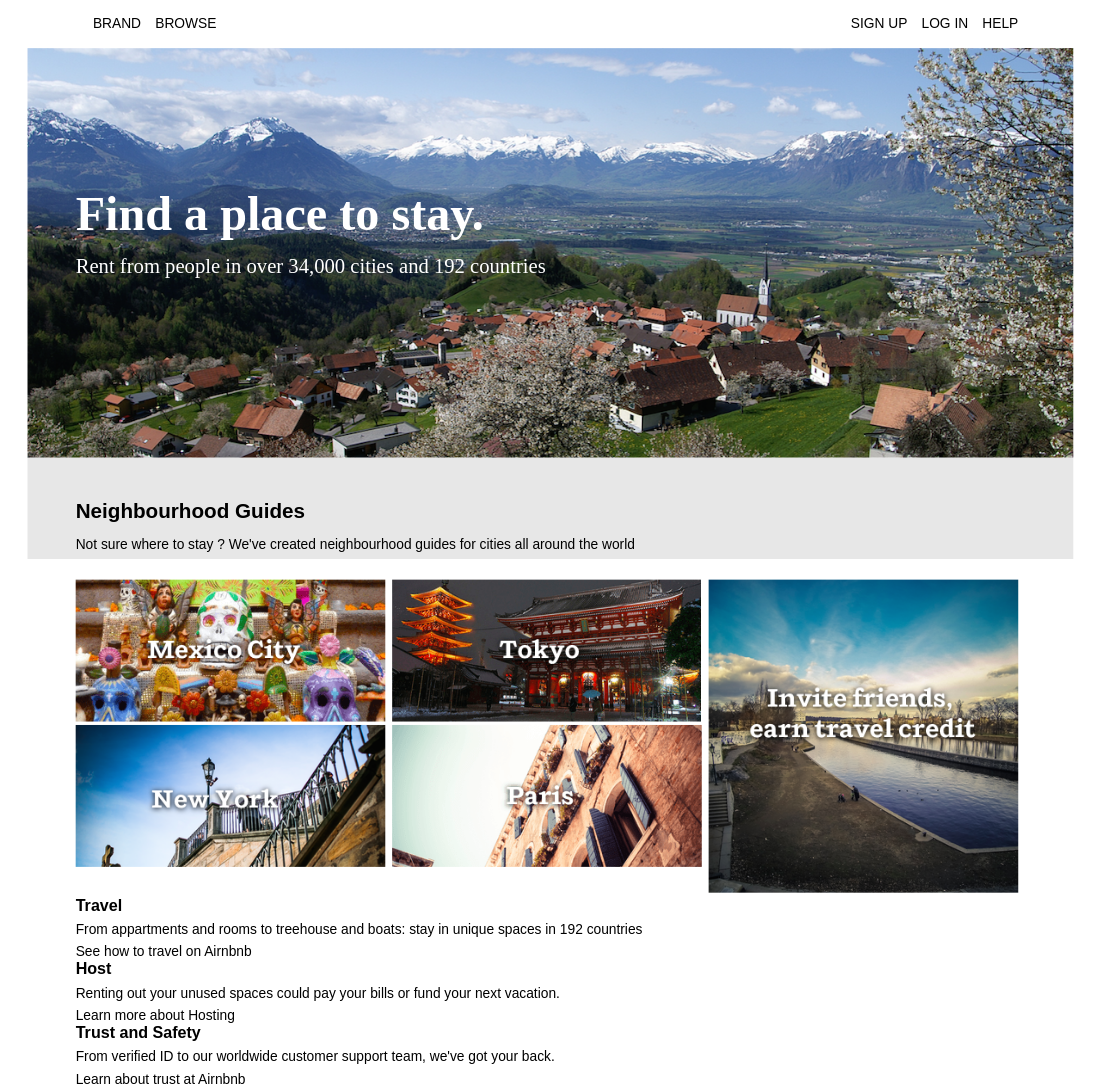
Repository: Naohonproject/web101x02_asm1
Page: Project2.html
An editor plug-in stored every save of this project. The page is shown before and after the next save, followed by the edit.
The browser window is 1280 px wide. The pictures show the whole page, at 86% of full size.

Above is the page before, as saved 2022-01-15 19:43:39.

### Project2.html
<!-- @format -->

<!DOCTYPE html>
<html lang="en">
	<head>
		<meta charset="UTF-8" />
		<meta http-equiv="X-UA-Compatible" content="IE=edge" />
		<meta name="viewport" content="width=device-width, initial-scale=1.0" />
		<link rel="stylesheet" href="./assets/css/style.css" />
		<link rel="stylesheet" href="./assets/css/responsive.css" />
		<title>Homepage</title>
	</head>
	<body>
		<div id="header">
			<div class="header-wrapper">
				<div class="nav-bar">
					<ul class="left-nav pull-left">
						<li>Brand</li>
						<li>Browse</li>
					</ul>
					<ul class="right-nav pull-right">
						<li><a href="Signup.html">Sign Up</a></li>
						<li><a href="login.html" target="_blank">Log In</a></li>
						<li>Help</li>
					</ul>
				</div>
			</div>
		</div>

		<div id="banner">
			<div class="banner-wrapper">
				<div class="banner-text-content">
					<div class="content-heading">
						<h1 class="white-text">Find a place to stay.</h1>
					</div>
					<div class="content-desc">
						<p class="white-text">
							Rent from people in over 34,000 cities and 192 countries
						</p>
					</div>
				</div>
			</div>
		</div>

		<div id="content">
			<div class="content-wrapper box-padding">
				<div class="content-heading">
					<h2>Neighbourhood Guides</h2>
					<p>
						Not sure where to stay ? We've created neighbourhood guides for
						cities all around the world
					</p>
				</div>
				<div class="content-images-table">
					<div class="pull-left col-third">
						<img
							src="./assets/img/web101x-Mexico City.png"
							alt="Mexico City"
							width="360"
						/>
						<img
							src="./assets/img/web101x-New York.png"
							alt="New York City"
							width="360"
						/>
					</div>
					<div class="pull-left col-third">
						<img
							src="./assets/img/web101x-Tokyo.png"
							alt="Tokyo City"
							width="360"
						/>
						<img
							src="./assets/img/web101x-Paris.png"
							alt="Paris City"
							width="360"
						/>
					</div>
					<div class="pull-left col-third">
						<img
							src="./assets/img/web101x-Invitation.png"
							alt="Invitation image"
							width="360"
						/>
					</div>
				</div>
			</div>
		</div>

		<div id="footer">
			<div class="footer-wrapper box-padding">
				<div class="footer-block">
					<h3>Travel</h3>
					<p>
						From appartments and rooms to treehouse and boats: stay in unique
						spaces in 192 countries
					</p>
					<a href="#">See how to travel on Airnbnb</a>
				</div>

				<div class="footer-blockr">
					<h3>Host</h3>
					<p>
						Renting out your unused spaces could pay your bills or fund your
						next vacation.
					</p>
					<a href="#">Learn more about Hosting</a>
				</div>

				<div class="footer-block">
					<h3>Trust and Safety</h3>
					<p>
						From verified ID to our worldwide customer support team, we've got
						your back.
					</p>
					<a href="#">Learn about trust at Airnbnb</a>
				</div>
			</div>
		</div>
	</body>
</html>

### assets/css/style.css
/** @format */

/* common */

/* reset css */
* {
	box-sizing: border-box;
	padding: 0;
	margin: 0;
	text-decoration: none;
	color: #000;
}

/* row style */
.row {
}
/* collumn style */
.col {
}

.col-haft {
}

.col-third {
	width: 33.3333%;
}

.align-center {
}
/* Set text lineweight to Bold */
.bold-text {
}
.white-text {
	color: #fff !important;
}
.btn-hover {
}

.pull-left {
	float: left !important;
}

.pull-right {
	float: right !important;
}

.box-padding {
	padding-left: 56px;
	padding-right: 56px;
	padding-top: 40px;
}
/* specific */

html {
	font-family: Arial, Helvetica, sans-serif;
}

body {
	padding: 0 32px;
}

/* start styling header */
#header {
	height: 56px;
	width: 100%;
	background-color: #fff;
	background-clip: border-box;
	color: #000;
	font-size: 16px;
	text-transform: uppercase;
	font-weight: 500;
	position: fixed;
	top: 0;
	left: 0;
	z-index: 1;
	padding: 0 32px;
}

.header-wrapper {
	height: 100%;
	padding: 0 64px;
}

#header li {
	line-height: 56px;
}

#header li {
	display: inline-block;
	margin-left: 12px;
}
/* end styling header */

/* start styling banner */
#banner {
	width: 100%;
	margin-top: 56px;
	padding-top: 39.123607%;
	background: url(../img/banner/banner.png) top center / cover no-repeat;
	background-origin: border-box;
	position: relative;
	top: 0;
	left: 0;
}

.banner-text-content {
	position: absolute;
	top: 160px;
	left: 56px;
}

#banner .content-heading,
.content-desc {
	margin-bottom: 8px;
	font-family: "Times New Roman", Times, serif;
}

#banner .content-heading {
	font-size: 28px;
}

#banner .content-desc {
	font-size: 24px;
}
/* end styling banner */

/* start styling content */
#content {
	background-color: #e7e7e7;
	width: 100%;
}

#content::after {
	content: "";
	clear: both;
}
#content .content-heading {
	margin-bottom: 24px;
}
#content .content-heading h2,
p {
	padding: 8px 0;
}
/* end styling content */

Loaded but not shown: assets/css/responsive.css (no stored copy; drawn as an empty file)

After the next save:
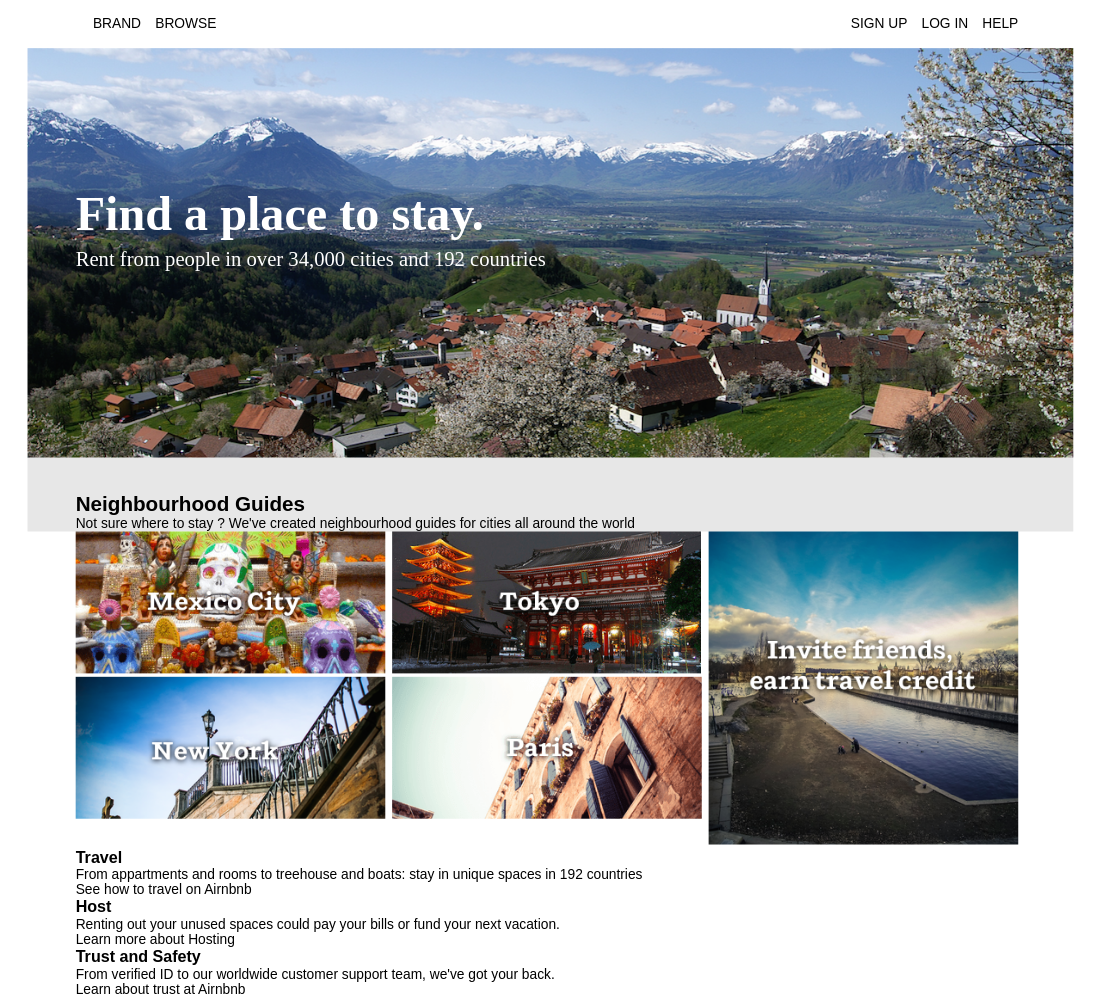
Saved 10 s later.
--- a/assets/css/style.css
+++ b/assets/css/style.css
@@ -130,15 +130,4 @@ body {
 	width: 100%;
 }
 
-#content::after {
-	content: "";
-	clear: both;
-}
-#content .content-heading {
-	margin-bottom: 24px;
-}
-#content .content-heading h2,
-p {
-	padding: 8px 0;
-}
 /* end styling content */
